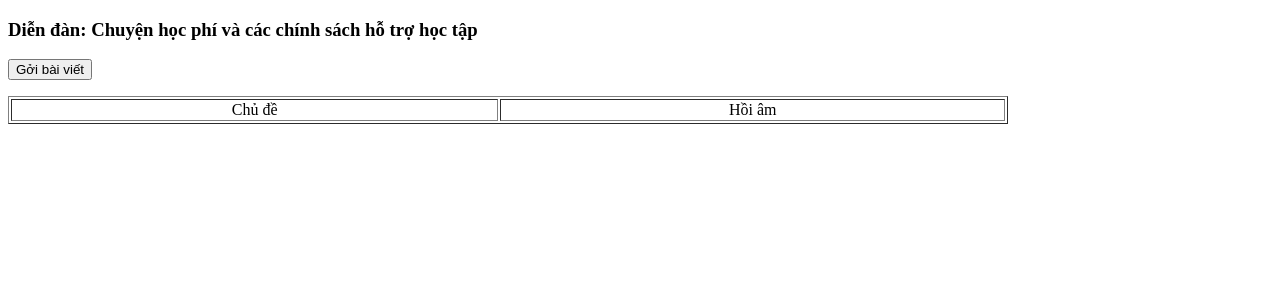
Repository: nguyenthanhnhan-st-961/GiuaKyChuyenDeWeb
Page: http://localhost/listTopics
The author's editor kept a copy of each file at every save. The page is drawn from the files as they stood at one save, then again after the next save.
The browser window is 1280 px wide. The pictures show the whole page.
The page is this project's Thymeleaf template; nobody is signed in. The template is opened directly, without the code that normally fills it, so the values that code supplies are empty.

Above is the page before, as saved 2023-04-12 01:09:41.

After the next save:
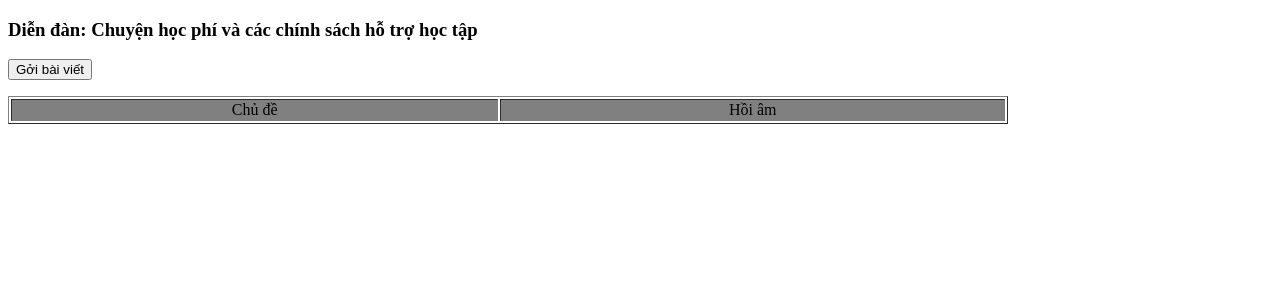
Saved 5 s later.
--- a/Forum/src/main/resources/templates/listTopics.html
+++ b/Forum/src/main/resources/templates/listTopics.html
@@ -8,7 +8,7 @@
 	  background-color: #D6EEEE;
 	}
 	thead{
-		background-color: ##808080;
+		background-color: #808080;
 	}
 </style>
 </head>
